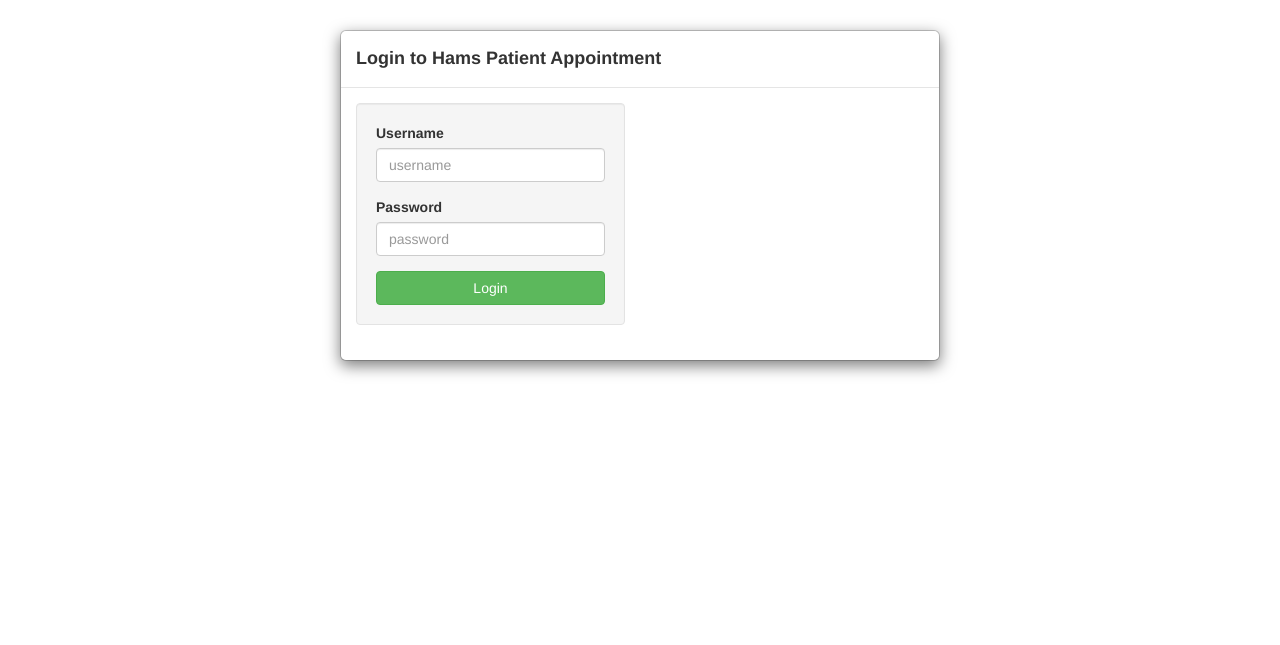
Repository: shiveshk/PullData
Page: http://localhost/Hams/
The author's editor kept a copy of each file at every save. The page is drawn from the files as they stood at one save, then again after the next save.
The browser window is 1280 px wide. The pictures show the whole page.
The page is served by Tomcat 9. Nobody is signed in. The application's start-up code is not run.

Above is the page before, as saved 2015-11-05 06:26:12.
Console error (its wording comes from the project's code and is left out).

After the next save:
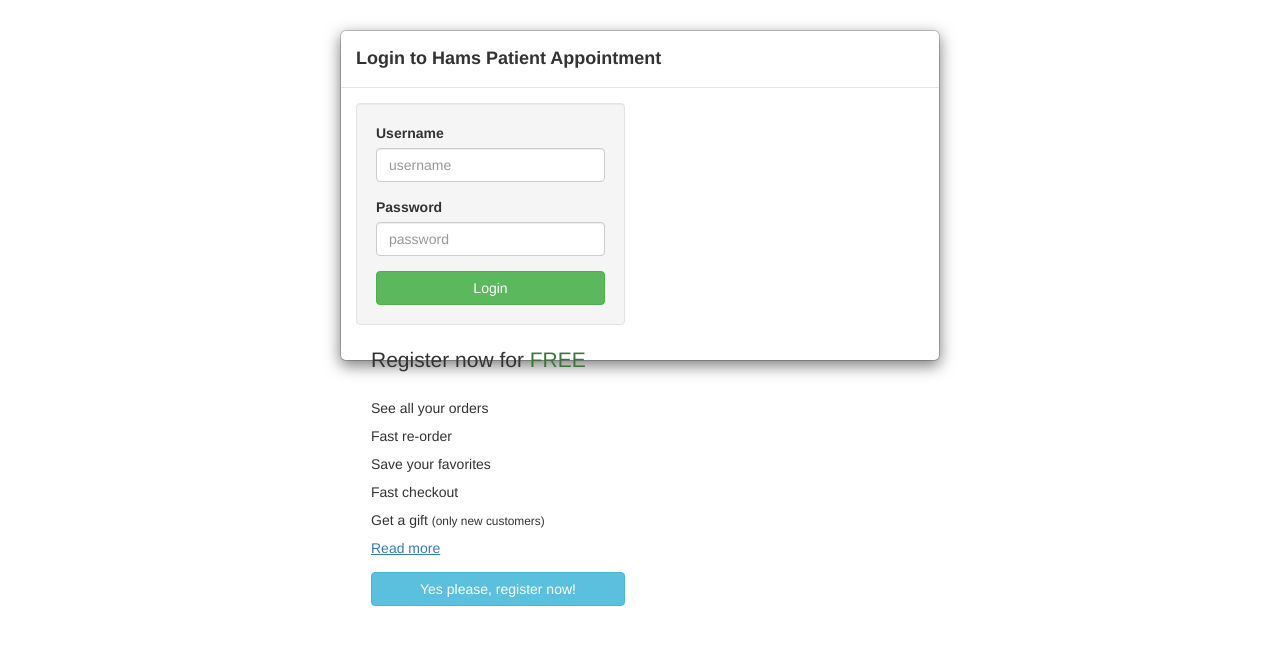
Saved 5 min 38 s later.
--- a/Hams/WebContent/index.jsp
+++ b/Hams/WebContent/index.jsp
@@ -40,6 +40,18 @@
                       </div>
                   </div>
                   </div>
+                  <div class="col-xs-6">
+                      <p class="lead">Register now for <span class="text-success">FREE</span></p>
+                      <ul class="list-unstyled" style="line-height: 2">
+                          <li><span class="fa fa-check text-success"></span> See all your orders</li>
+                          <li><span class="fa fa-check text-success"></span> Fast re-order</li>
+                          <li><span class="fa fa-check text-success"></span> Save your favorites</li>
+                          <li><span class="fa fa-check text-success"></span> Fast checkout</li>
+                          <li><span class="fa fa-check text-success"></span> Get a gift <small>(only new customers)</small></li>
+                          <li><a href="/read-more/"><u>Read more</u></a></li>
+                      </ul>
+                      <p><a href="/new-customer/" class="btn btn-info btn-block">Yes please, register now!</a></p>
+                  </div>
 
       </div>
 </div>
